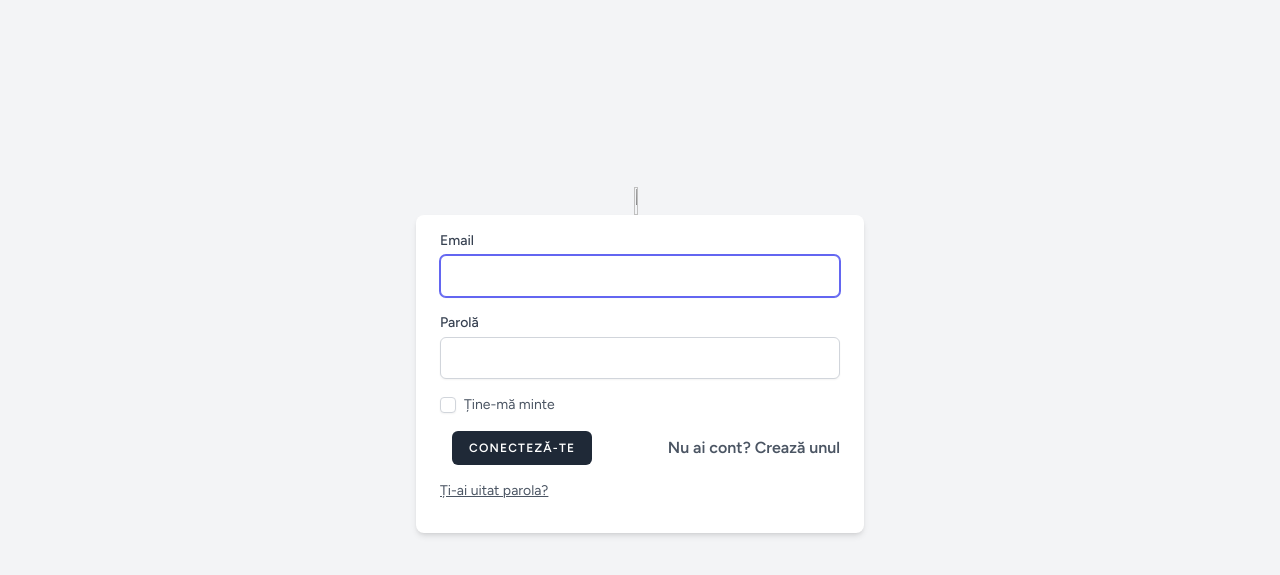
Repository: cosmin05072018/fantastic-events-manager
Page: http://localhost/login
The author's editor kept a copy of each file at every save. The page is drawn from the files as they stood at one save, then again after the next save.
The browser window is 1280 px wide. The pictures show the whole page.
The page is served by the project's Laravel application, run on PHP 8.4 with Laravel 10. Other server files are loaded and not shown. Style sheets and scripts are compiled from the project's sources, by tool versions that may differ from the author's.

Above is the page before, as saved 2024-11-03 20:45:11.

### routes/web.php
<?php

use App\Http\Controllers\ProfileController;
use Illuminate\Support\Facades\Route;
use App\Http\Controllers\Auth\RegisteredUserController;
/*
|--------------------------------------------------------------------------
| Web Routes
|--------------------------------------------------------------------------
|
| Here is where you can register web routes for your application. These
| routes are loaded by the RouteServiceProvider and all of them will
| be assigned to the "web" middleware group. Make something great!
|
*/

Route::get('/', function () {
    return view('startApp');
})->name('StartApp');;


Route::get('/registration/pending', [RegisteredUserController::class, 'pending'])->name('registration.pending');


Route::get('/dashboard', function () {
    return view('dashboard');
})->middleware(['auth', 'verified'])->name('dashboard');

Route::middleware('auth')->group(function () {
    Route::get('/profile', [ProfileController::class, 'edit'])->name('profile.edit');
    Route::patch('/profile', [ProfileController::class, 'update'])->name('profile.update');
    Route::delete('/profile', [ProfileController::class, 'destroy'])->name('profile.destroy');
});

require __DIR__.'/auth.php';

### resources/views/auth/login.blade.php
<style>
    .logo-img {
        width: 100%;
        display: flex;
        align-items: center;
        justify-content: center;
    }
</style>

<x-guest-layout>
    <!-- Session Status -->
    <x-auth-session-status class="mb-4" :status="session('status')" />

    <form method="POST" action="{{ route('login') }}">
        @csrf

        <!-- Email Address -->
        <div>
            <x-input-label for="email" :value="__('Email')" />
            <x-text-input id="email" class="block mt-1 w-full" type="email" name="email" :value="old('email')" required
                autofocus autocomplete="username" />
            <x-input-error :messages="$errors->get('email')" class="mt-2" />
        </div>

        <!-- Password -->
        <div class="mt-4">
            <x-input-label for="password" :value="__('Parolă')" />

            <x-text-input id="password" class="block mt-1 w-full" type="password" name="password" required
                autocomplete="current-password" />

            <x-input-error :messages="$errors->get('password')" class="mt-2" />
        </div>

        <!-- Remember Me -->
        <div class="block mt-4">
            <label for="remember_me" class="inline-flex items-center">
                <input id="remember_me" type="checkbox"
                    class="rounded dark:bg-gray-900 border-gray-300 dark:border-gray-700 text-indigo-600 shadow-sm focus:ring-indigo-500 dark:focus:ring-indigo-600 dark:focus:ring-offset-gray-800"
                    name="remember">
                <span class="ms-2 text-sm text-gray-600 dark:text-gray-400">{{ __('Ține-mă minte') }}</span>
            </label>
        </div>

        <div class="flex items-center justify-between my-4">
            <x-primary-button class="ms-3">
                {{ __('Conecteză-te') }}
            </x-primary-button>
            @if (Route::has('register'))
                <a href="{{ route('register') }}"
                    class="ml-4 font-semibold text-gray-600 hover:text-gray-900 dark:text-gray-400 dark:hover:text-white focus:outline focus:outline-2 focus:rounded-sm focus:outline-red-500">Nu ai cont? Crează unul</a>
            @endif
        </div>
        @if (Route::has('password.request'))
            <a class="underline text-sm text-gray-600 dark:text-gray-400 hover:text-gray-900 dark:hover:text-gray-100 rounded-md focus:outline-none focus:ring-2 focus:ring-offset-2 focus:ring-indigo-500 dark:focus:ring-offset-gray-800"
                href="{{ route('password.request') }}">
                {{ __('Ți-ai uitat parola?') }}
            </a>
        @endif
    </form>
</x-guest-layout>

### resources/views/layouts/guest.blade.php
<!DOCTYPE html>
<html lang="{{ str_replace('_', '-', app()->getLocale()) }}">
    <head>
        <meta charset="utf-8">
        <meta name="viewport" content="width=device-width, initial-scale=1">
        <meta name="csrf-token" content="{{ csrf_token() }}">

        <title>{{ config('app.name', 'Laravel') }}</title>

        <!-- Fonts -->
        <link rel="preconnect" href="https://fonts.bunny.net">
        <link href="https://fonts.bunny.net/css?family=figtree:400,500,600&display=swap" rel="stylesheet" />

        <!-- Scripts -->
        @vite(['resources/css/app.css', 'resources/js/app.js'])
    </head>
    <body class="font-sans text-gray-900 antialiased">
        <div class="min-h-screen flex flex-col sm:justify-center items-center pt-6 sm:pt-0 bg-gray-100 dark:bg-gray-900">
            <div>
                <a href="/">
                    <x-application-logo class="w-20 h-20 fill-current text-gray-500" />
                </a>
            </div>

            <div class="w-full sm:max-w-md px-6 py-4 bg-white dark:bg-gray-800 shadow-md overflow-hidden sm:rounded-lg">
                {{ $slot }}
            </div>
        </div>
    </body>
</html>

### resources/views/components/application-logo.blade.php
<div class="logo-img">
    <img src="{{ asset('storage/logo.svg') }}" alt="Logo" style="width: 20% !important;">
</div>

Loaded but not shown: routes/auth.php (common file); app/Http/Controllers/Auth/EmailVerificationPromptController.php (common file); app/Http/Controllers/Controller.php (common file); app/Http/Controllers/Auth/VerifyEmailController.php (common file); app/Http/Controllers/Auth/AuthenticatedSessionController.php (common file); app/View/Components/GuestLayout.php (common file); resources/views/components/auth-session-status.blade.php (common file); resources/views/components/input-label.blade.php (common file); resources/views/components/text-input.blade.php (common file); resources/views/components/input-error.blade.php (common file); resources/views/components/primary-button.blade.php (common file); resources/css/app.css (common file); tailwind.config.js (common file); resources/js/app.js (common file); resources/js/bootstrap.js (common file)

After the next save:
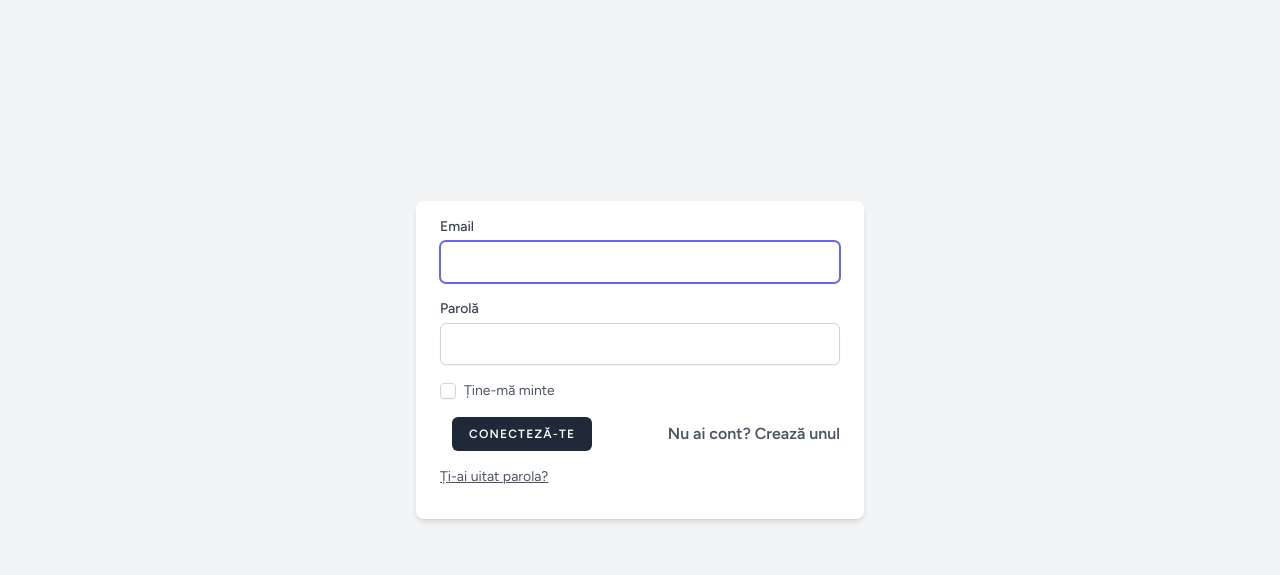
Saved 117 s later.
--- a/resources/views/components/application-logo.blade.php
+++ b/resources/views/components/application-logo.blade.php
@@ -1,3 +1,3 @@
-<div class="logo-img">
+{{-- <div class="logo-img">
     <img src="{{ asset('storage/logo.svg') }}" alt="Logo" style="width: 20% !important;">
-</div>
+</div> --}}

After the save that followed:
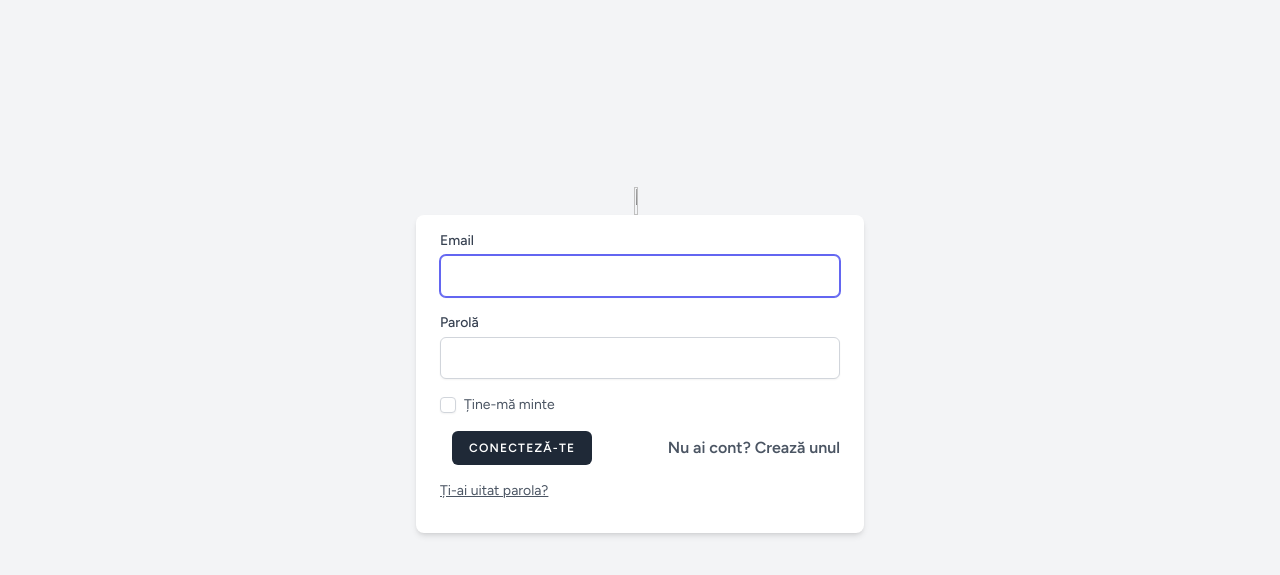
Saved 8 s later.
--- a/resources/views/components/application-logo.blade.php
+++ b/resources/views/components/application-logo.blade.php
@@ -1,3 +1,3 @@
-{{-- <div class="logo-img">
+<div class="logo-img">
     <img src="{{ asset('storage/logo.svg') }}" alt="Logo" style="width: 20% !important;">
-</div> --}}
+</div>
